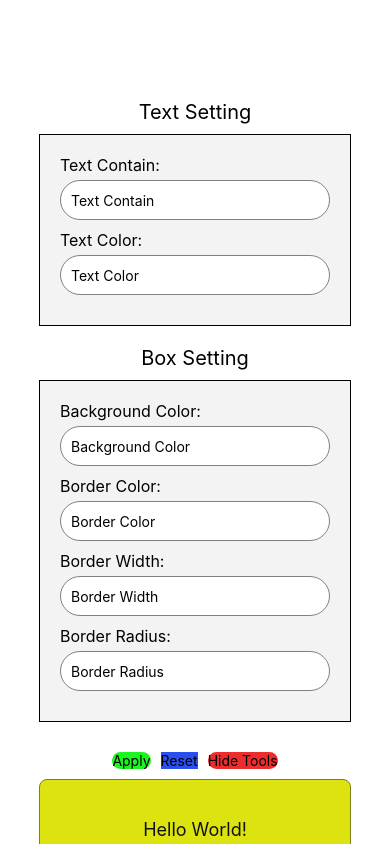
Repository: amirjavadikia/mobile-projectg
Screen: /
An editor plug-in stored every save of this project. The screen is shown before and after the next save, followed by the edit.
An inner scrolling area shows only its first screen. The app was drawn by React Native's web renderer in a window 390 px wide. The project was rebuilt for these pictures with package versions that can differ from the ones it lists, and the page was loaded fresh each time.

Above is the screen before, as saved 2024-05-14 22:24:06.

### App.tsx
//
// => BOXES PROJECT
//

// import React from 'react';
// import { View, Text, StyleSheet } from 'react-native';
// import { FontAwesomeIcon } from '@fortawesome/react-native-fontawesome';
// import { faGear } from '@fortawesome/free-solid-svg-icons/faGear';
// import { faLocationDot } from '@fortawesome/free-solid-svg-icons/faLocationDot';
// import { faAddressBook } from '@fortawesome/free-solid-svg-icons/faAddressBook';


// const MainPage = () => {
//   return (
//     <View style={styles.container}>

//       <View style={[styles.blueBackground]}>
//         <Text style={styles.text}>Welcome to my app!</Text>
//       </View>


//       <View style={[styles.box, styles.purpleBackground]}>
//       <FontAwesomeIcon icon={faLocationDot} />
//         <Text style={styles.text}>Location</Text>
//       </View>


//       <View style={[styles.box, styles.yellowBackground]}>
//       <FontAwesomeIcon icon={faGear} />
//         <Text style={styles.text}>Settings</Text>
//       </View>


//       <View style={[styles.box, styles.redBackground]}>
//       <FontAwesomeIcon icon={faAddressBook} />
//         <Text style={styles.text}>Contacts</Text>
//       </View>

//     </View>
//   );
// };

// const styles = StyleSheet.create({
//   container: {
//     justifyContent: 'center',
//     alignItems: 'center',
//     margin: 10
//   },
//   box: {
//     width: '100%',
//     height: 100,
//     borderRadius: 10,
//     marginBottom: 15,
//     justifyContent: 'center',
//     textAlign: 'center',
//     alignItems: 'center',
//   },
//   blueBackground: {
//     backgroundColor: '#01008A',
//     borderRadius: 30,
//     width: '100%',
//     height: '10%',
//     justifyContent: 'center',
//     alignItems: 'center',
//     marginBottom: 20
//   },
//   purpleBackground: {
//     backgroundColor: '#810081',
//   },
//   yellowBackground: {
//     backgroundColor: '#fea501',
//   },
//   redBackground: {
//     backgroundColor: '#fe0002',
//   },
//   text: {
//     color: 'white',
//     fontSize: 20,
//     marginLeft: 10,
//   },
// });

// export default MainPage;





//
// => MIDTERM PROJECT
//


import React, { useState } from 'react';
import { View, Text, TextInput, StyleSheet, Button, ScrollView, TouchableOpacity } from 'react-native';

const App = () => {
  const [text, setText] = useState('Hello World!');
  const [showTools, setShowTools] = useState(true);
  const [newText, setNewText] = useState('');
  const [newTextColor, setNewTextColor] = useState('');
  const [newBackgroundColor, setNewBackgroundColor] = useState('');
  const [newBorderColor, setNewBorderColor] = useState('');
  const [newBorderWidth, setNewBorderWidth] = useState('');
  const [newBorderRadius, setNewBorderRadius] = useState('');
  const [applyChanges, setApplyChanges] = useState(false);

  const handleTextChange = (inputText) => {
    setNewText(inputText);
    setApplyChanges(false);
  };

  const handleTextColorChange = (inputText) => {
    setNewTextColor(inputText);
    setApplyChanges(false);
  };

  const handleBackgroundChange = (inputText) => {
    setNewBackgroundColor(inputText);
    setApplyChanges(false);
  };

  const handleBorderColorChange = (inputText) => {
    setNewBorderColor(inputText);
    setApplyChanges(false);
  };

  const handleBorderWidthChange = (inputText) => {
    setNewBorderWidth(inputText);
    setApplyChanges(false);
  };

  const handleBorderRadiusChange = (inputText) => {
    setNewBorderRadius(inputText);
    setApplyChanges(false);
  };

  const handleApplyChanges = () => {
    setText(newText);
    setApplyChanges(true);
  };

  const handleResetChanges = () => {
    setApplyChanges(false);
    setText('');
    setNewText('');
    setNewTextColor('');
    setNewBackgroundColor('');
    setNewBorderColor('');
    setNewBorderWidth('');
    setNewBorderRadius('');
  };

  const handleToggleTools = () => {
    setShowTools(!showTools);
  };

  return (
    <ScrollView contentContainerStyle={styles.scrollViewContent}>
      <View style={styles.container}>
        {showTools && (
          <>
            <Text style={styles.title}>Text Setting</Text>
            <View style={styles.section}>
              <Text style={styles.label}>Text Contain:</Text>
              <TextInput
                style={styles.input}
                onChangeText={handleTextChange}
                value={newText}
                placeholder="Text Contain"
              />
              <Text style={styles.label}>Text Color:</Text>
              <TextInput
                style={styles.input}
                onChangeText={handleTextColorChange}
                value={newTextColor}
                placeholder="Text Color"
              />
            </View>

            <Text style={styles.title}>Box Setting</Text>
            <View style={styles.section}>
              <Text style={styles.label}>Background Color:</Text>
              <TextInput
                style={styles.input}
                onChangeText={handleBackgroundChange}
                value={newBackgroundColor}
                placeholder="Background Color"
              />
              <Text style={styles.label}>Border Color:</Text>
              <TextInput
                style={styles.input}
                onChangeText={handleBorderColorChange}
                value={newBorderColor}
                placeholder="Border Color"
              />
              <Text style={styles.label}>Border Width:</Text>
              <TextInput
                style={styles.input}
                onChangeText={handleBorderWidthChange}
                value={newBorderWidth}
                placeholder="Border Width"
              />
              <Text style={styles.label}>Border Radius:</Text>
              <TextInput
                style={styles.input}
                onChangeText={handleBorderRadiusChange}
                value={newBorderRadius}
                placeholder="Border Radius"
              />
            </View>


          </>
        )}
        <View style={styles.buttonGroup}>
              { showTools && (
                <>
                <TouchableOpacity
               onPress={handleApplyChanges}
               style={styles.applyButton}
            >
              <Text>Apply</Text>
            </TouchableOpacity>

                <TouchableOpacity
               onPress={handleResetChanges}
               style={styles.resetButton}
            >
              <Text>Reset</Text>
            </TouchableOpacity>
                </>
              )}
              <TouchableOpacity
               onPress={handleToggleTools}
               style={styles.showButton}
            >
              <Text>{showTools ? "Hide Tools" : "Show Tools"}</Text>
            </TouchableOpacity>
            </View>
        <View style={[styles.box, { backgroundColor: applyChanges ? newBackgroundColor : '#dde30f', borderRadius: applyChanges ? parseInt(newBorderRadius) || 0 : 8, borderWidth: applyChanges ? parseInt(newBorderWidth) || 1 : 1, borderColor: applyChanges ? newBorderColor : "#807f1e" }]}>
          <Text style={[styles.boxText, {color: applyChanges ? newTextColor : '#111'}]}>{text || "Hello World!"}</Text>
        </View>
      </View>
    </ScrollView>
  );
};

const styles = StyleSheet.create({
  scrollViewContent: {
    flexGrow: 1,
  },
  container: {
    flex: 1,
    alignItems: 'center',
    justifyContent: 'center',
    marginTop: 100,
    backgroundColor: '#fff',
  },
  section: {
    width: '80%',
    marginBottom: 20,
    backgroundColor: "#f3f3f3",
    borderWidth: 1,
    padding: 20
  },
  title: {
    fontSize: 20,
    marginBottom: 10,
  },
  label: {
    fontSize: 16,
    marginBottom: 5,
  },
  input: {
    width: '100%',
    height: 40,
    borderWidth: 1,
    borderColor: 'gray',
    marginBottom: 10,
    paddingHorizontal: 10,
    textAlign: 'left',
    borderRadius: 30,
    backgroundColor: "#fff"
  },
  box: {
    width: '80%',
    height: 100,
    backgroundColor: '#dde30f',
    justifyContent: 'center',
    alignItems: 'center',
  },
  boxText: {
    fontSize: 18
  },
  buttonGroup: {
    display: 'flex',
    flexDirection: 'row',
    justifyContent: 'space-around',
    marginVertical: 10,
  },
  applyButton: {
    marginRight: 10,
    borderRadius: 20,
    backgroundColor: '#1bf621'
  },
  resetButton: {
    marginRight: 10,
    backgroundColor: '#2950ef'
  },
  showButton: {
    borderRadius: 20,
    backgroundColor: '#eb2d2e'
  }
});

export default App;

After the next save:
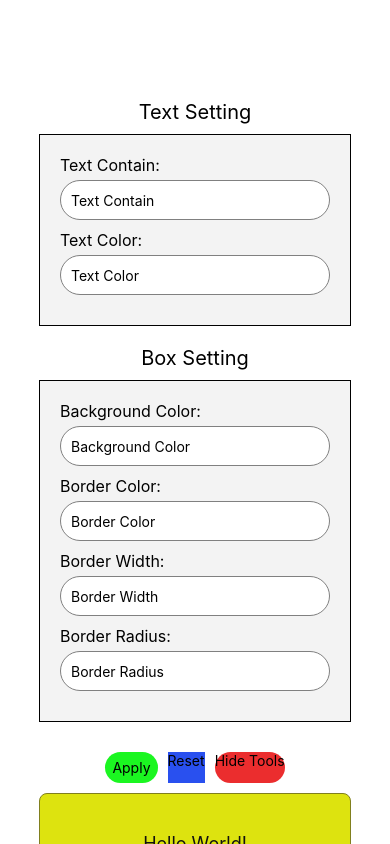
Saved 13 s later.
--- a/App.tsx
+++ b/App.tsx
@@ -302,7 +302,8 @@ const styles = StyleSheet.create({
   applyButton: {
     marginRight: 10,
     borderRadius: 20,
-    backgroundColor: '#1bf621'
+    backgroundColor: '#1bf621',
+    padding: 7
   },
   resetButton: {
     marginRight: 10,
